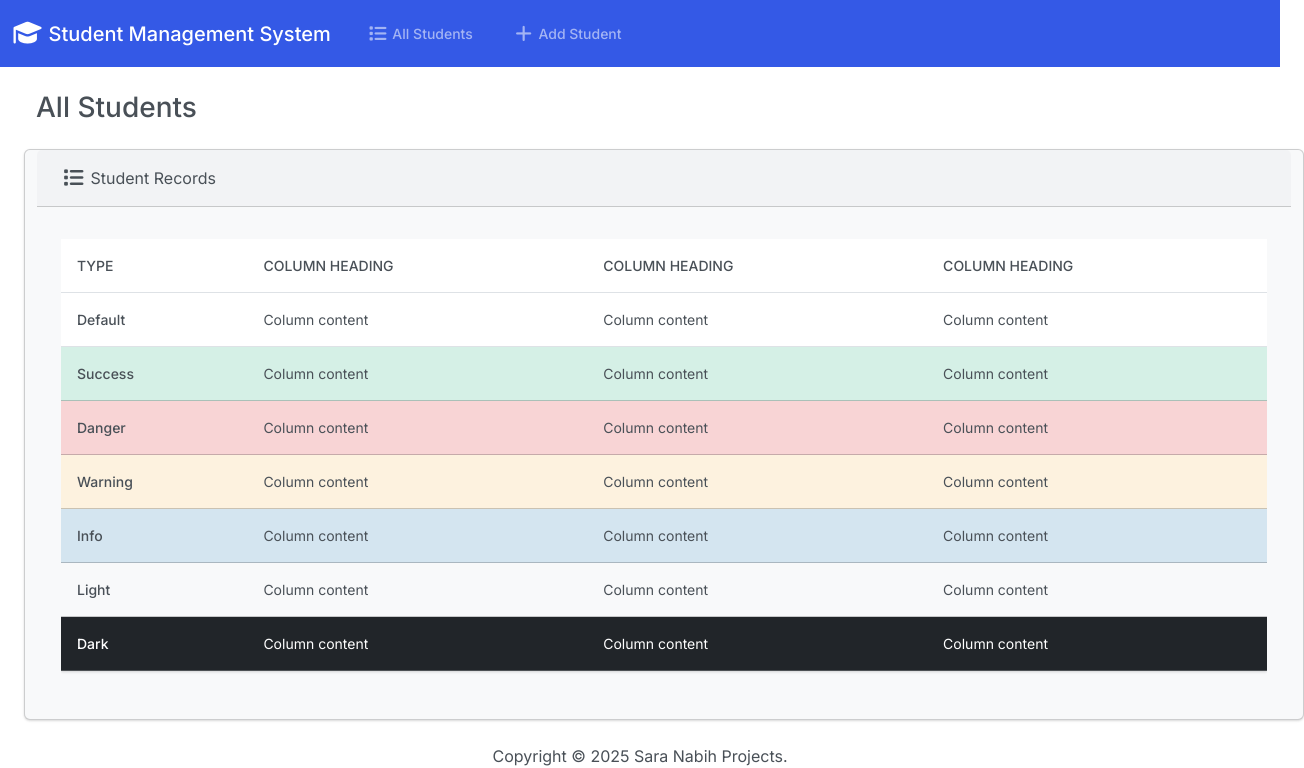
Repository: saraanbih/Student-Management-System
Page: http://localhost/
These files come from the project's save history. The page is drawn as it stood at one moment and after the next save; the edit follows.
The browser window is 1280 px wide. The page is 1304 px wide, so the pictures cover 1304 px, including what lies to the right of the window. The pictures show the whole page.
Some web libraries are served in a nearby version. The page is served by the project's application, run on Django 5.2 (manage.py). The page reads the database file committed with the project.

Above is the page before, as saved 2025-09-11 16:11:55.

After the next save:
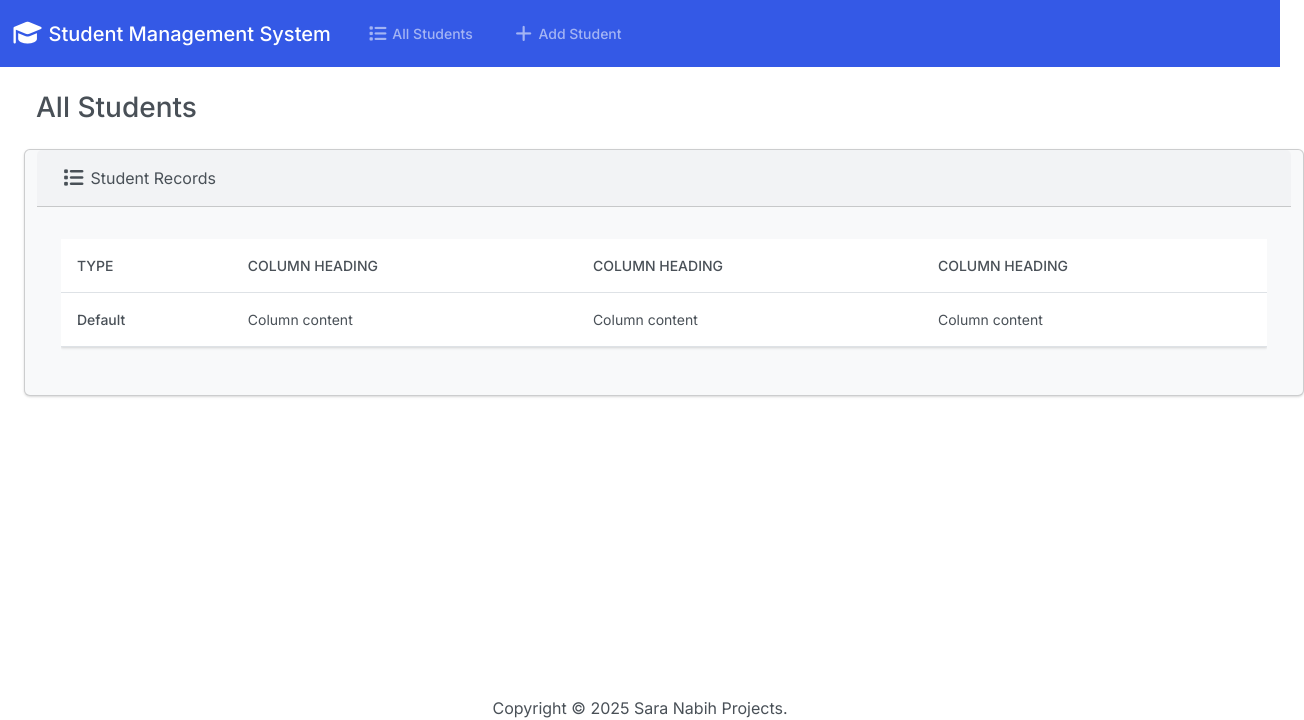
Saved 5 s later.
--- a/students/templates/students/index.html
+++ b/students/templates/students/index.html
@@ -73,42 +73,6 @@
                           <td>Column content</td>
                         </tr>
 
-                        <tr class="table-success">
-                          <th scope="row">Success</th>
-                          <td>Column content</td>
-                          <td>Column content</td>
-                          <td>Column content</td>
-                        </tr>
-                        <tr class="table-danger">
-                          <th scope="row">Danger</th>
-                          <td>Column content</td>
-                          <td>Column content</td>
-                          <td>Column content</td>
-                        </tr>
-                        <tr class="table-warning">
-                          <th scope="row">Warning</th>
-                          <td>Column content</td>
-                          <td>Column content</td>
-                          <td>Column content</td>
-                        </tr>
-                        <tr class="table-info">
-                          <th scope="row">Info</th>
-                          <td>Column content</td>
-                          <td>Column content</td>
-                          <td>Column content</td>
-                        </tr>
-                        <tr class="table-light">
-                          <th scope="row">Light</th>
-                          <td>Column content</td>
-                          <td>Column content</td>
-                          <td>Column content</td>
-                        </tr>
-                        <tr class="table-dark">
-                          <th scope="row">Dark</th>
-                          <td>Column content</td>
-                          <td>Column content</td>
-                          <td>Column content</td>
-                        </tr>
                       </tbody>
                     </table>
                   </div>
